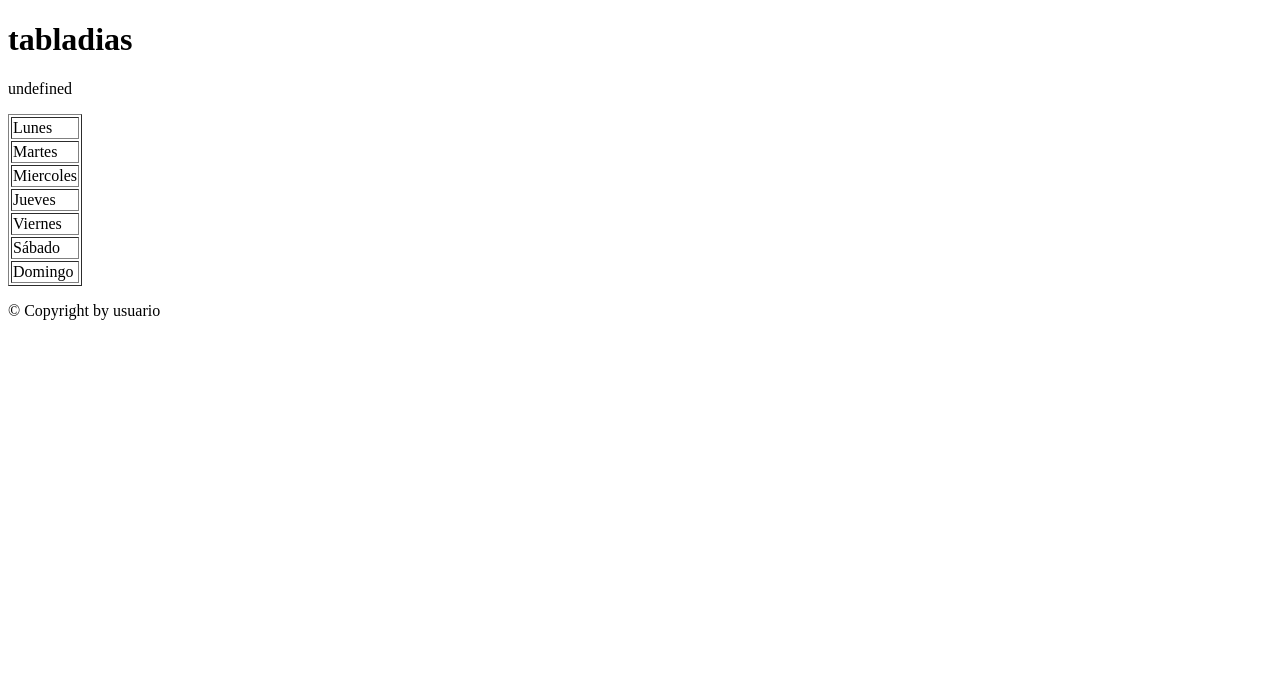
Repository: JMLobato/RolOnline
Page: Aptana Studio 3 Workspace/prueba/tabladias.html
The author's editor kept a copy of each file at every save. The page is drawn from the files as they stood at one save, then again after the next save.
The browser window is 1280 px wide. The pictures show the whole page.

Above is the page before, as saved 2016-12-05 12:00:25.

### Aptana Studio 3 Workspace/prueba/tabladias.html
<!DOCTYPE html>
<html lang="en">
	<head>
		<meta charset="utf-8">

		<!-- Always force latest IE rendering engine (even in intranet) & Chrome Frame
		Remove this if you use the .htaccess -->
		<meta http-equiv="X-UA-Compatible" content="IE=edge,chrome=1">

		<title>tabladias</title>
		<meta name="description" content="">
		<meta name="author" content="usuario">

		<meta name="viewport" content="width=device-width; initial-scale=1.0">

		<!-- Replace favicon.ico & apple-touch-icon.png in the root of your domain and delete these references -->
		<link rel="shortcut icon" href="/favicon.ico">
		<link rel="apple-touch-icon" href="/apple-touch-icon.png">
		<script type="text/javascript" src="prueba.js"></script>
	</head>

	<body>
		<div>
			<header>
				<h1>tabladias</h1>
			</header>
			<nav>
				<p id="yolo"></p>
				<script>
				document.getElementById("yolo").innerHTML=tabla();
				</script>
			</nav>

			<div>

			</div>

			<footer>
				<p>
					&copy; Copyright  by usuario
				</p>
			</footer>
		</div>
	</body>
</html>

### Aptana Studio 3 Workspace/prueba/prueba.js
/**
 * @author usuario
 */
function finde(N1){
if (isNaN(N1)){
	document.write( N1 + " no es un número" + "<br/>");
}
	else if ((N1>=1) && (N1<=7)) {

			if(N1>=6){document.write("Es fin de semana" + "<br/>");}

			else {document.write("No es fin de semana" + "<br/>");}
		}
		else {document.write("No es un número valido"+"<br/>");}
}

function diassemana(X){

	var dias=new Array(7);
	dias[0]="Lunes";
	dias[1]="Martes";
	dias[2]="Miercoles";
	dias[3]="Jueves";
	dias[4]="Viernes";
	dias[5]="Sábado";
	dias[6]="Domingo";

	if ((X>=1) && (X<=7)) {

			if(X>=6){document.write("Es fin de semana y el dia es "+ dias[X-1] + "<br/>");}

			else {document.write("Es entre de semana y el dia es "+ dias[X-1] + "<br/>");}
		}
	else {document.write("No es un número valido"+"<br/>");}
}
function diactual(){

	var dias=new Array(7);
	dias[0]="Lunes";
	dias[1]="Martes";
	dias[2]="Miercoles";
	dias[3]="Jueves";
	dias[4]="Viernes";
	dias[5]="Sábado";
	dias[6]="Domingo";
	var fecha=new Date();
	document.write("Hoy es "+dias[fecha.getDay()-1]);
}
function tabla(){

	var dias=new Array(7);
	dias[0]="Lunes";
	dias[1]="Martes";
	dias[2]="Miercoles";
	dias[3]="Jueves";
	dias[4]="Viernes";
	dias[5]="Sábado";
	dias[6]="Domingo";
	document.write("<table border=1>");
	for(var i=0;i<=6;i++){document.write("<tr><td>"+dias[i]+"</td></tr>");}
	document.write("</table>");
}

After the next save:
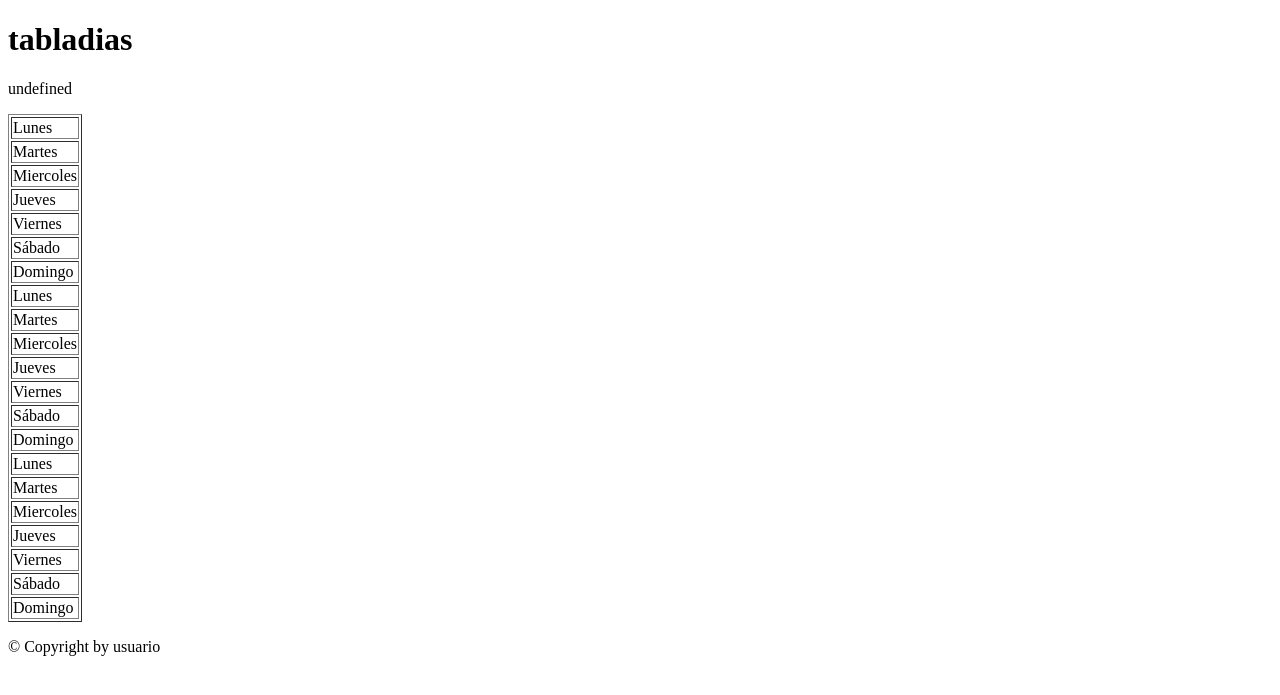
Saved 113 s later.
--- a/Aptana Studio 3 Workspace/prueba/prueba.js
+++ b/Aptana Studio 3 Workspace/prueba/prueba.js
@@ -58,5 +58,7 @@ function tabla(){
 	dias[6]="Domingo";
 	document.write("<table border=1>");
 	for(var i=0;i<=6;i++){document.write("<tr><td>"+dias[i]+"</td></tr>");}
+	for(var i=0;i<=6;i++){document.write("<tr><td>"+dias[i]+"</td></tr>");}
+	for(var i=0;i<=6;i++){document.write("<tr><td>"+dias[i]+"</td></tr>");}
 	document.write("</table>");
 }
